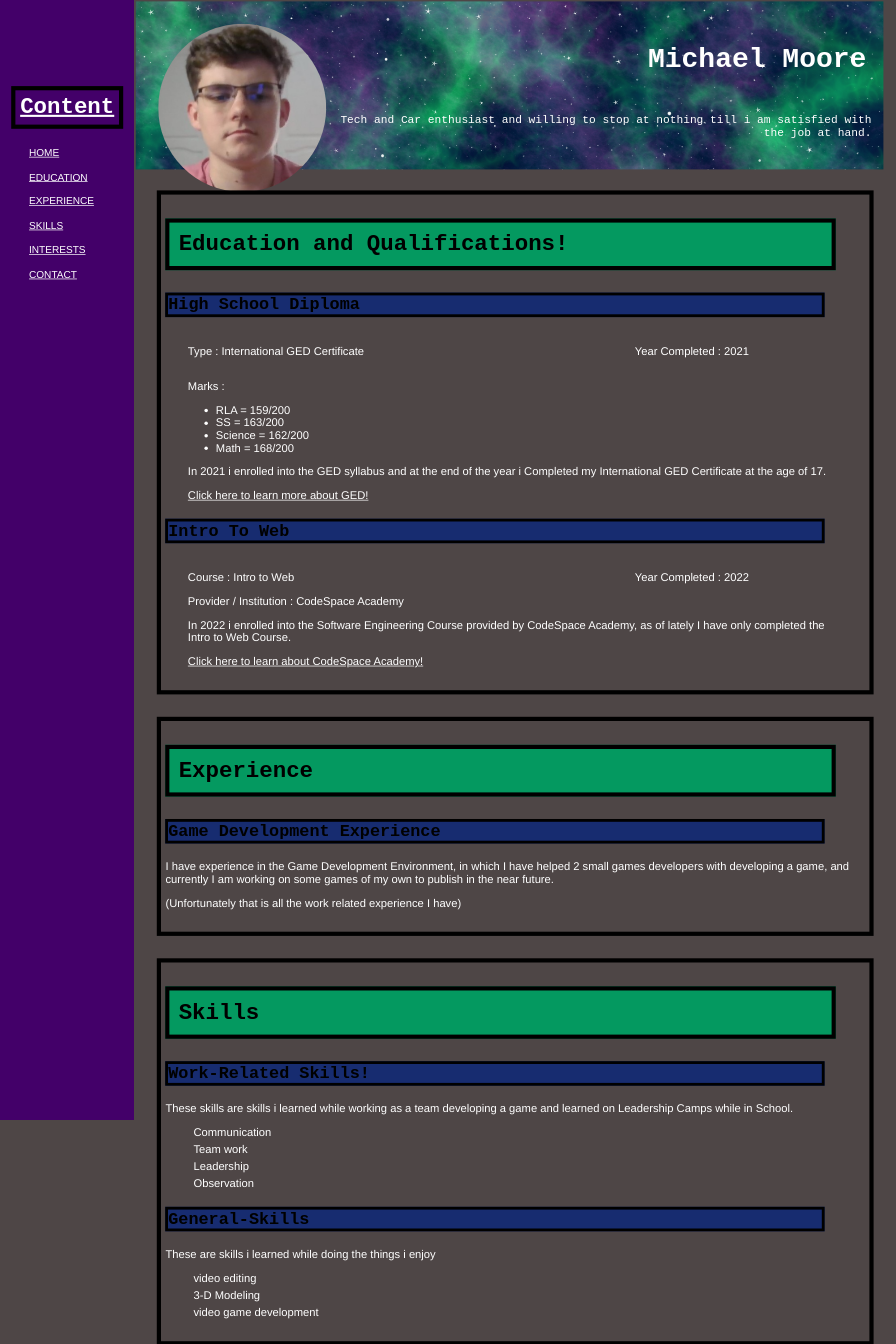
Repository: MikeMoore55/MichaelMooreResumeProject
Page: Resume.html
An editor plug-in stored every save of this project. The page is shown before and after the next save, followed by the edit.
The browser window is 1280 px wide. The pictures show the part of the page from y = 0 to 1920 px (the page is 2882 px tall), at 70% of full size.

Above is the page before, as saved 2022-02-12 12:25:09.

After the next save:
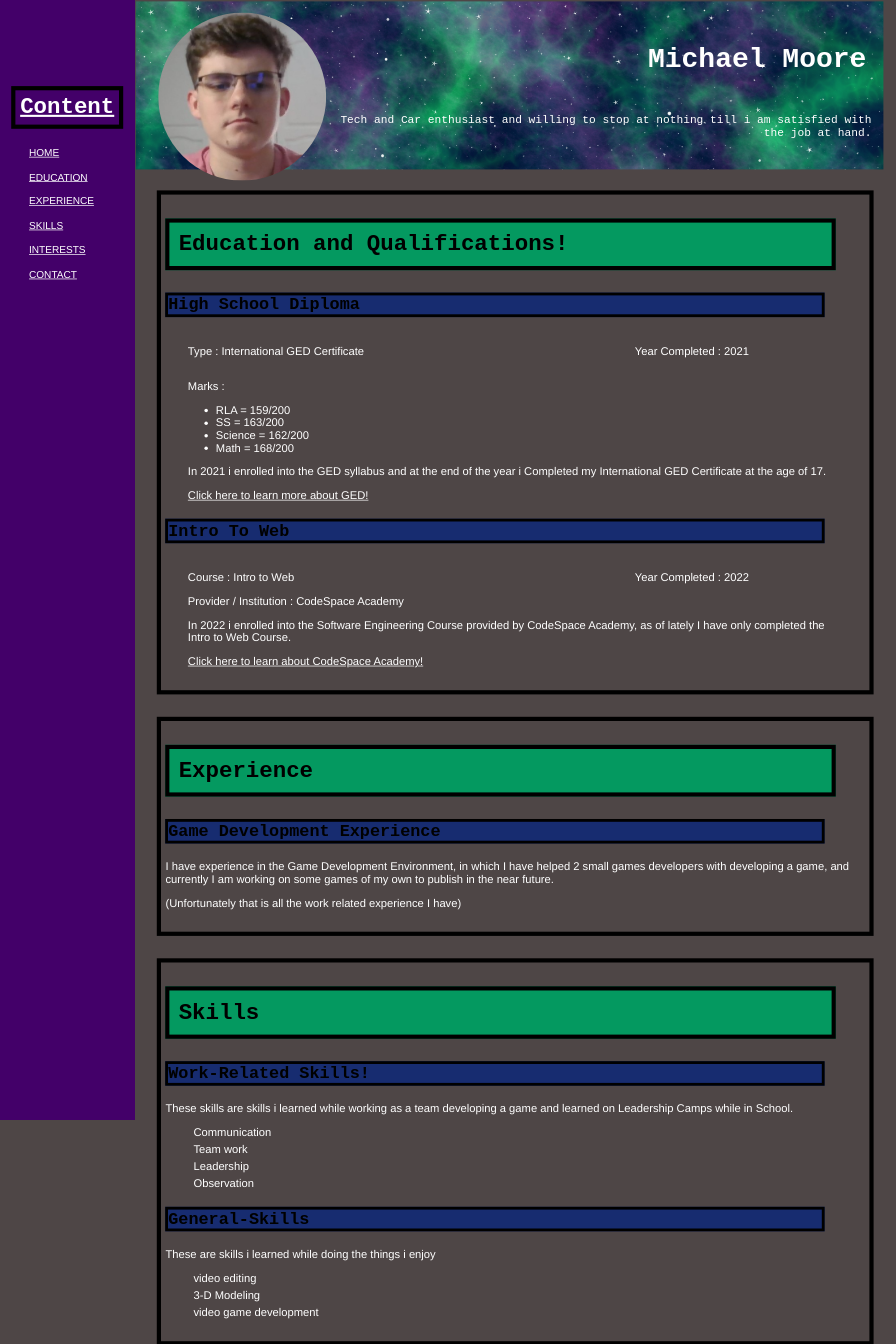
Saved 15 s later.
--- a/css/stylesheet.css
+++ b/css/stylesheet.css
@@ -20,7 +20,7 @@ header{
 #profilePic{
     border-radius: 50%;
     width: 15EM;
-    margin: 2em 2em 2em 2em;
+    margin: 1em 2em 2em 2em;
 }
 
 #name {
